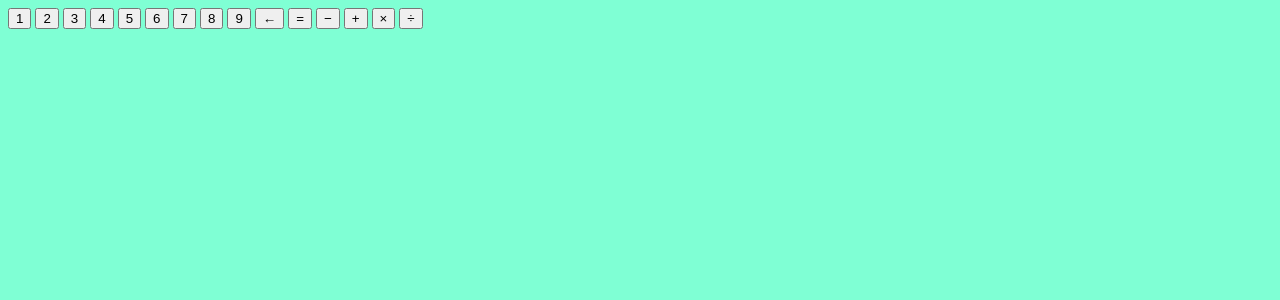
Repository: jontslater/LAB-calculator2
Page: index.html
The author's editor kept a copy of each file at every save. The page is drawn from the files as they stood at one save, then again after the next save.
The browser window is 1280 px wide. The pictures show the whole page.

Above is the page before, as saved 2023-10-10 21:14:11.

After the next save:
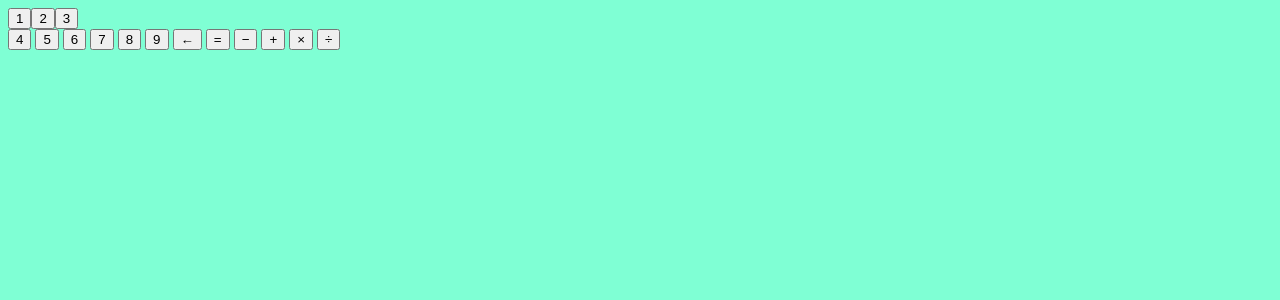
Saved 40 h 36 min later.
--- a/index.html
+++ b/index.html
@@ -6,9 +6,11 @@
   <title>calculator</title>
   <link rel="stylesheet" href="main.css">
   <script src="main.js"></script>
-  <button>1</button>
-  <button>2</button>
-  <button>3</button>
+  <table>
+    <button>1</button>
+    <button>2</button>
+    <button>3</button>
+  </table>
   <button>4</button>
   <button>5</button>
   <button>6</button>
